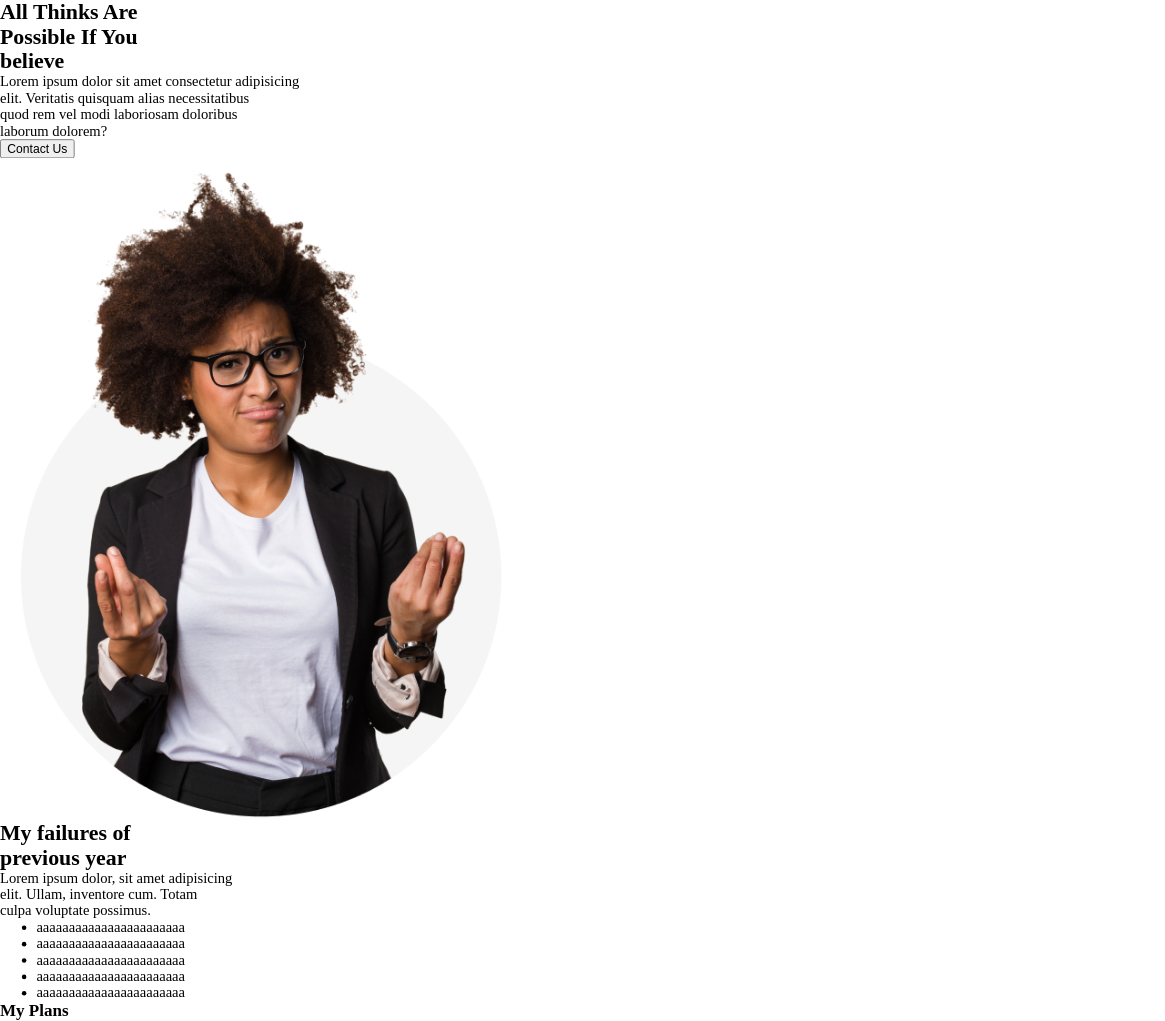
Repository: sadiaafsana138/All-Thinks-Are-Possible-Website
Page: index.html
The author's editor kept a copy of each file at every save. The page is drawn from the files as they stood at one save, then again after the next save.
The browser window is 1280 px wide. The pictures show the whole page, at 91% of full size.

Above is the page before, as saved 2023-01-07 18:15:58.
Not found: styles/images/banner/banner1.png

### index.html
<!DOCTYPE html>
<html lang="en">

<head>
    <meta charset="UTF-8">
    <meta http-equiv="X-UA-Compatible" content="IE=edge">
    <meta name="viewport" content="width=device-width, initial-scale=1.0">
    <title>First Website</title>
    <link rel="stylesheet" href="styles/web.css">
</head>

<body>
    <!-- header -->
    <header >
        <section class="header">
        <div>

            <h1 >
                All Thinks Are <br>
                Possible If You <br>
                believe
            </h1>
            <p>Lorem ipsum dolor sit amet consectetur adipisicing <br>
                elit. Veritatis quisquam alias necessitatibus <br>
                quod rem vel modi laboriosam doloribus <br>
                laborum dolorem?
            </p>
            <button>
                Contact Us
            </button>
        </div>
    </section>
    </header>
    <main>
        <!--next sections-->
          <section>
            <div>
                <img src="images/person.png" alt="person">
            <div>
                <h2>
                    My failures of <br>
                    previous year
                </h2>
                <p>
                    Lorem ipsum dolor, sit amet  adipisicing <br>
                    elit. Ullam, inventore cum. Totam <br>
                    culpa voluptate possimus.
                </p>
                <ul>
                   <li>aaaaaaaaaaaaaaaaaaaaaaa</li>
                   <li>aaaaaaaaaaaaaaaaaaaaaaa</li>
                   <li>aaaaaaaaaaaaaaaaaaaaaaa</li>
                   <li>aaaaaaaaaaaaaaaaaaaaaaa</li>
                   <li>aaaaaaaaaaaaaaaaaaaaaaa</li>
                </ul>
            </div>
        </div>
          </section>

          <!--section 3-->
          <section>
            <div>
            <h3>
                My Plans
            </h3>
            </div>
          </section>
    </main>
    <footer>

    </footer>
</body>

</html>

### styles/web.css
*{
margin: 0;
}
.header{
    background-image:url(images/banner/banner1.png);
}

After the next save:
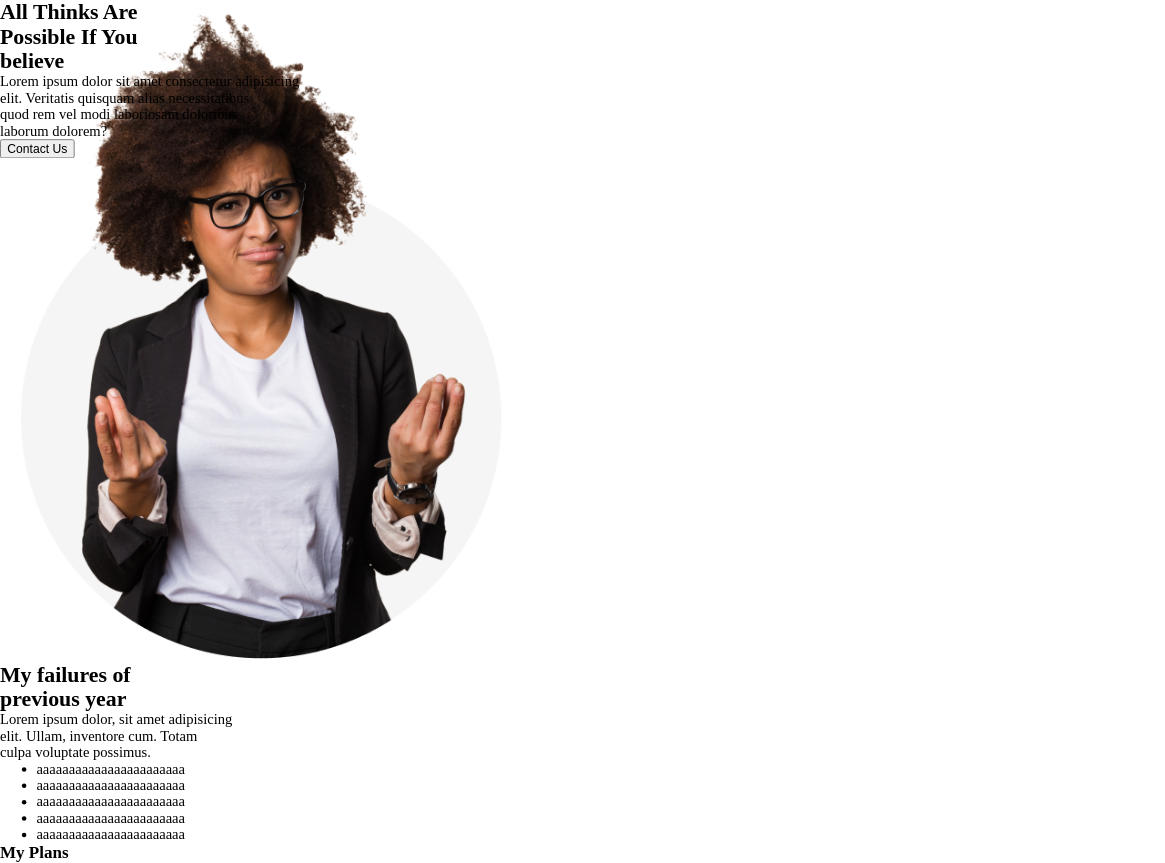
Saved 118 s later.
--- a/styles/web.css
+++ b/styles/web.css
@@ -2,5 +2,10 @@
 margin: 0;
 }
 .header{
+
+    position: absolute;
+width: cover;
+height: 808px;
+
     background-image:url(images/banner/banner1.png);
 }
